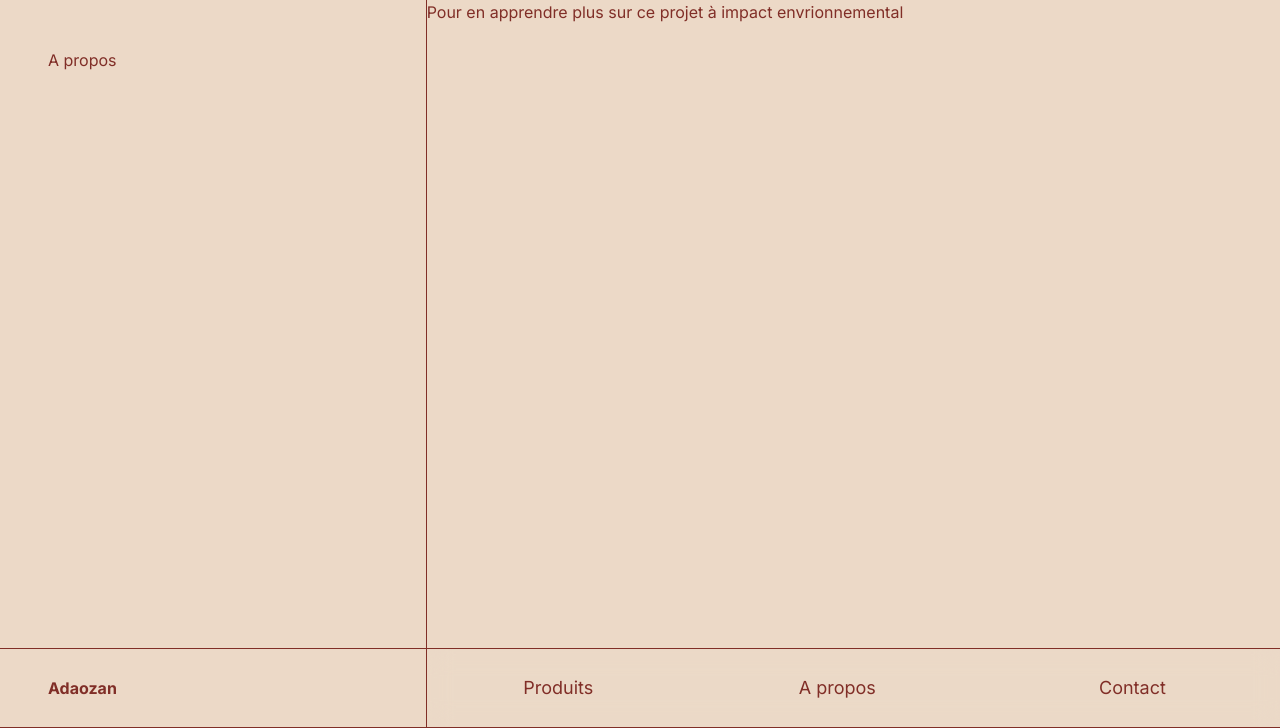
Repository: Neewd/adaozan
Page: /a-propos
These files come from the project's save history. The page is drawn as it stood at one moment and after the next save; the edit follows.
The browser window is 1280 px wide. The pictures show the whole page.
The project was rebuilt for these pictures with package versions that can differ from the ones it lists, and the page was loaded fresh each time. The framework's server and built-in components were replaced by stand-ins that run in the browser. Also part of the build but not shown: next.config.js.

Above is the page before, as saved 2023-08-26 11:50:10.

After the next save:
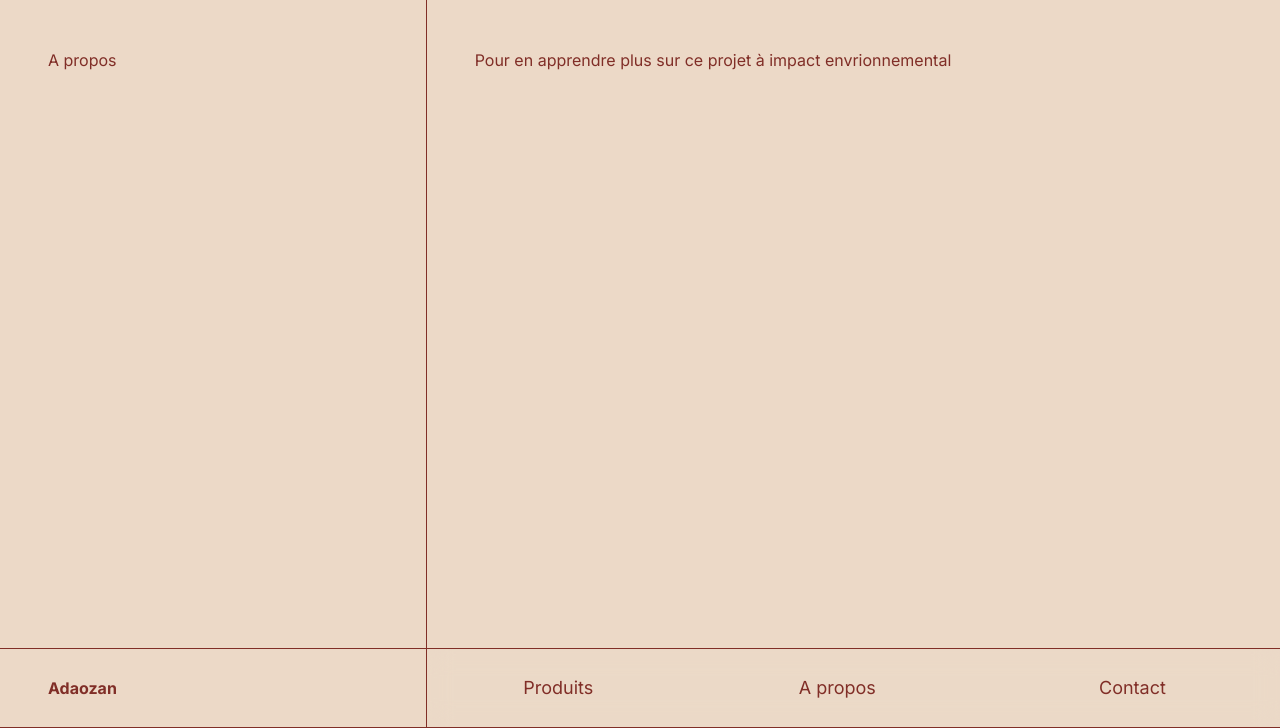
Saved 24 s later.
--- a/app/a-propos/page.tsx
+++ b/app/a-propos/page.tsx
@@ -9,7 +9,7 @@ export default function About() {
 				</div>
 				<div className="basis-8/12 relative">
 					<div className="flex h-full w-full">
-						<span>
+						<span className="p-12 w-full">
 							Pour en apprendre plus sur ce projet à impact
 							envrionnemental
 						</span>
